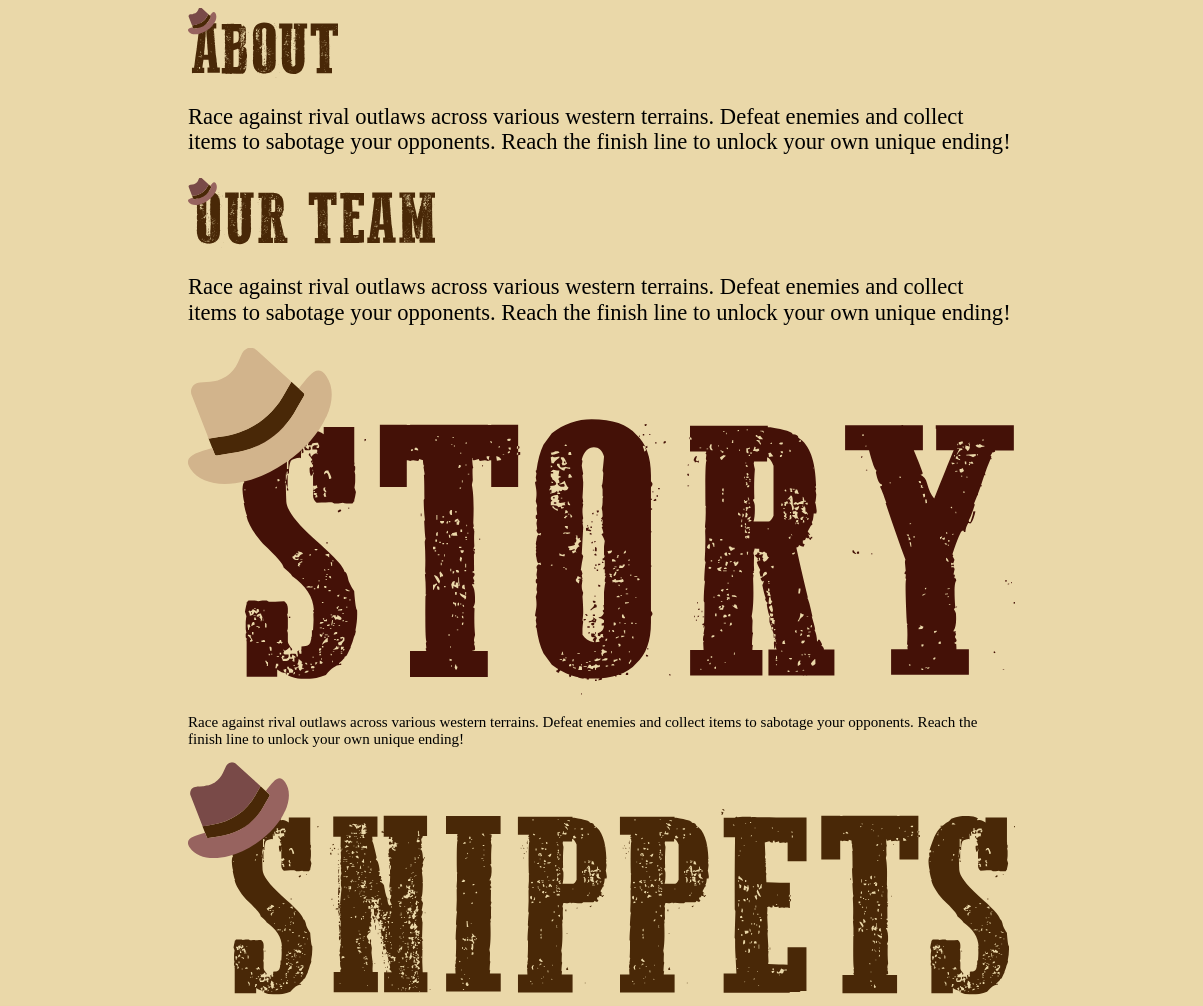
Repository: AlyssaHug/Bandit-Breakout
Page: index.html
An editor plug-in stored every save of this project. The page is shown before and after a run of saves, followed by the edit.
The browser window is 1280 px wide. The pictures show the whole page, at 94% of full size.
Some web fonts or font styles are not loaded; a fallback is used.

Above is the page before, as saved 2025-05-06 14:08:52.

### index.html
<!DOCTYPE html>
<html lang="en">
    <head>
        <meta charset="UTF-8" />
        <meta
            name="viewport"
            content="width=device-width, initial-scale=1.0" />
        <link
            rel="stylesheet"
            href="styles.css" />
        <title>Bandit Breakout</title>
    </head>
    <body>
        <header></header>
        <main class="main_section">
            <div class="about_section">
                <img class="about_section-heading" src="img/about.svg" alt="about">
                <p class="about_section-text">
                    Race against rival outlaws across various western terrains. Defeat enemies and collect items to sabotage your opponents. Reach the finish line to unlock your own unique ending!
                </p>
            </div>
            <div class="team_section">
                <img class="team_section-heading" src="img/ourteam.svg" alt="team">
                <p class="about_section-text">
                    Race against rival outlaws across various western terrains. Defeat enemies and collect items to sabotage your opponents. Reach the finish line to unlock your own unique ending!
                </p>
            </div>
            <div class="story_section">
                <img class="story_section-heading" src="img/story.svg" alt="story">
                <p class="story_section-text">
                    Race against rival outlaws across various western terrains. Defeat enemies and collect items to sabotage your opponents. Reach the finish line to unlock your own unique ending!
                </p>
            </div>
            <div class="snippets_section">
                <img class="snippets_section-heading" src="img/Snippets.svg" alt="snippets">
                <div></div>
            </div>
        </main>
        <footer></footer>
    </body>
</html>

### styles.css
@import url("https://fonts.googleapis.com/css2?family=Wellfleet&display=swap");

@font-face {
    font-family: "Western Bang Bang";
    src: url("fonts/WesternBangBang.ttf") format("truetype");
    font-weight: normal;
    font-style: normal;
}

:root {
    /* Font Families */
    --font-western: "Western Bang Bang", sans-serif;
    --font-wellfleet: "Wellfleet", serif;

    /* Font Sizes */
    --font-size-h1: 48px;
    --font-size-h2: 36px;
    --font-size-h3: 32px;
    --font-size-h4: 24px;
    --font-size-body: 14px;
    --font-size-caption: 11px;
}

html {
    width: 70%;
    margin: 0 auto;
    background-color: #EAD8A9;
}

.about_section-heading {
    height: 75px;
}
.about_section-text {
    font-size: var(--font-size-h4);
    font-family: var(--font-wellfleet);
}

.team_section-heading {
    height: 75px;
}

After the next 2 saves:
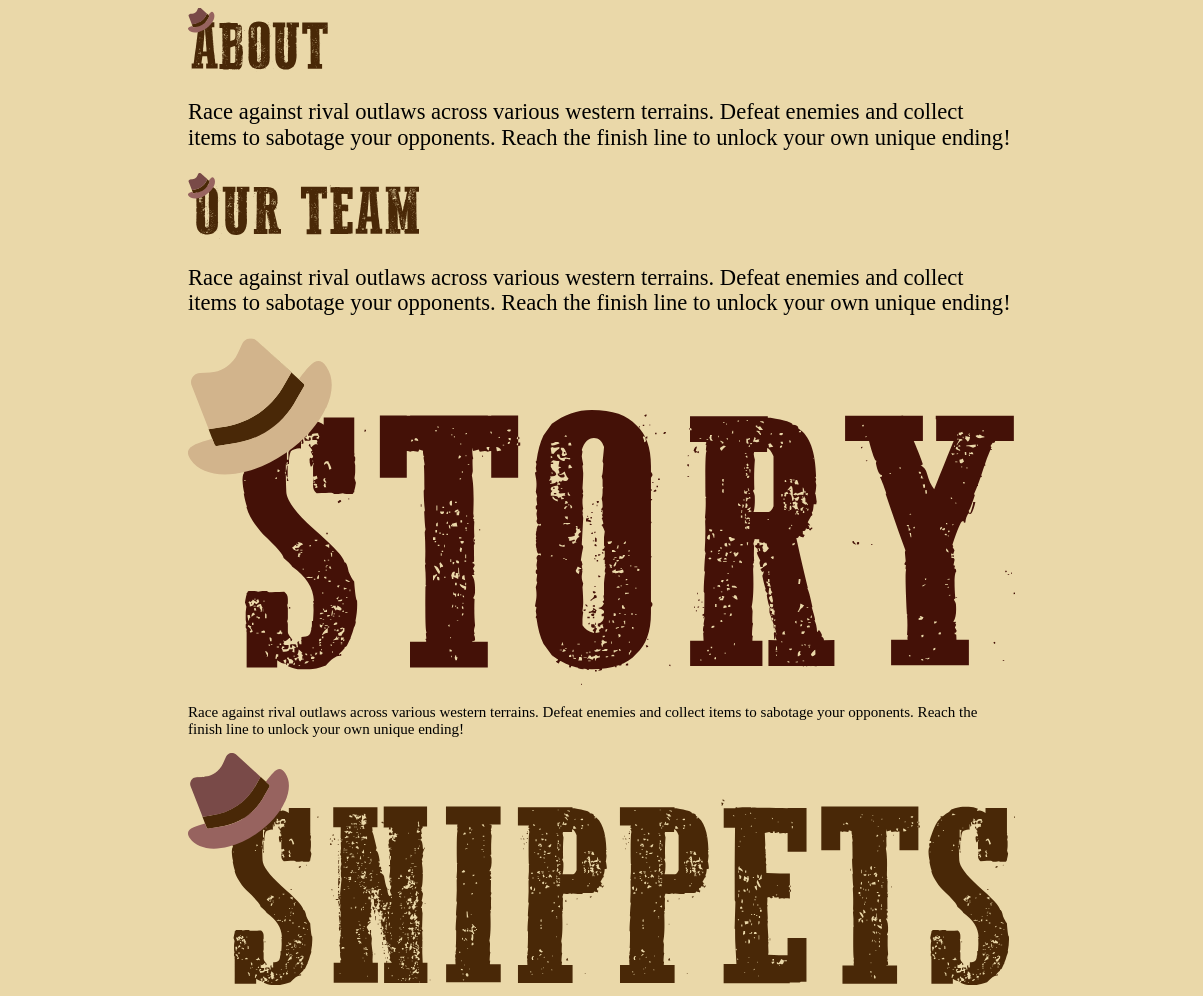
The 2 saves are shown as one change because they came seconds apart.
The last was saved 8 s later.
--- a/styles.css
+++ b/styles.css
@@ -28,7 +28,7 @@ html {
 }
 
 .about_section-heading {
-    height: 75px;
+    height: 70px;
 }
 .about_section-text {
     font-size: var(--font-size-h4);
@@ -36,5 +36,5 @@ html {
 }
 
 .team_section-heading {
-    height: 75px;
+    height: 70px;
 }
